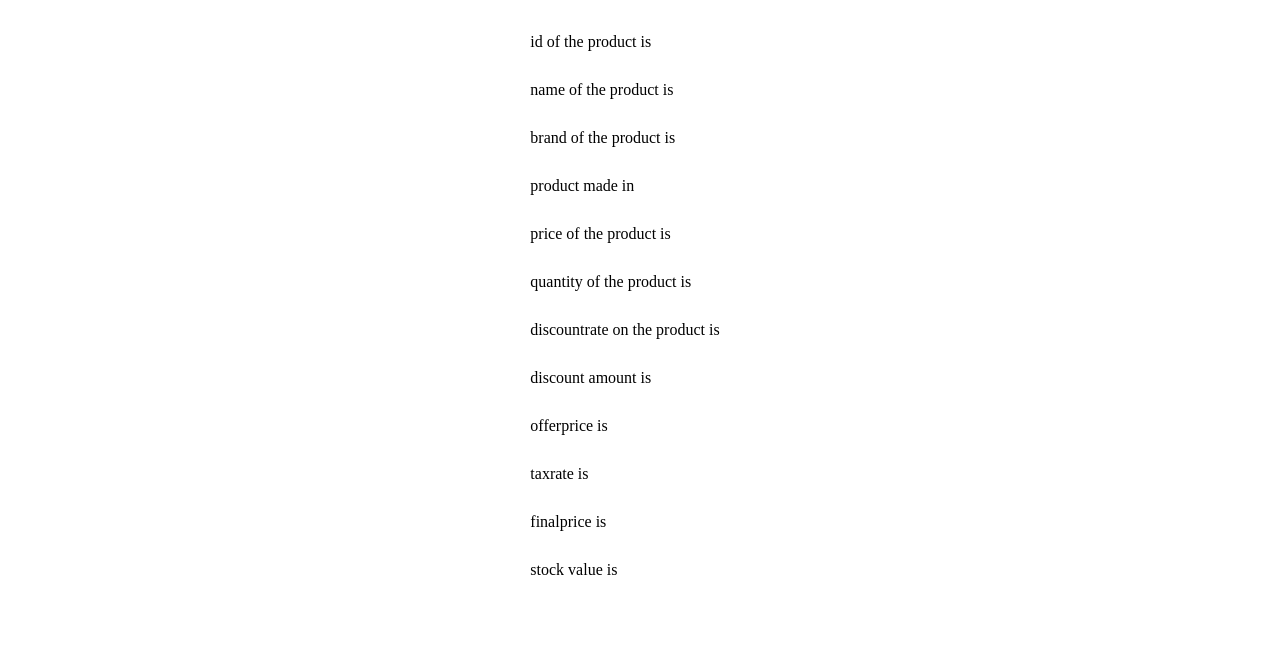
Repository: saikrishna123143/springboot
Page: http://localhost/success
These files come from the project's save history. The page is drawn as it stood at one moment and after the next save; the edit follows.
The browser window is 1280 px wide. The pictures show the whole page.
The page is this project's Thymeleaf template; nobody is signed in. The template is opened directly, without the code that normally fills it, so the values that code supplies are empty.

Above is the page before, as saved 2024-12-18 16:56:10.

After the next save:
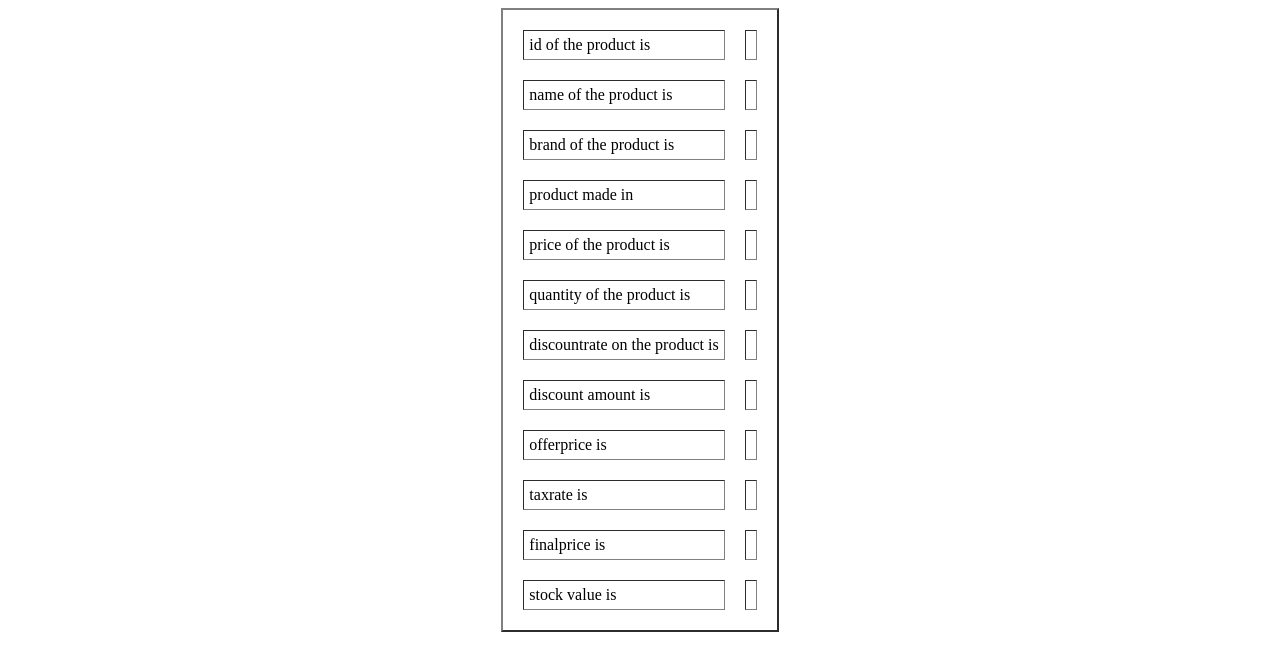
Saved 36 s later.
--- a/springbootmvc/src/main/resources/templates/success.html
+++ b/springbootmvc/src/main/resources/templates/success.html
@@ -6,7 +6,7 @@
 	</head>
 	<body>
 	<center>
-		<table cellspacing="20px"cellpadding="5px"margin="2px">
+		<table cellspacing="20px"cellpadding="5px"border="2px">
 		<tr>
 		<td>
 	<p>id of the product is </p>
